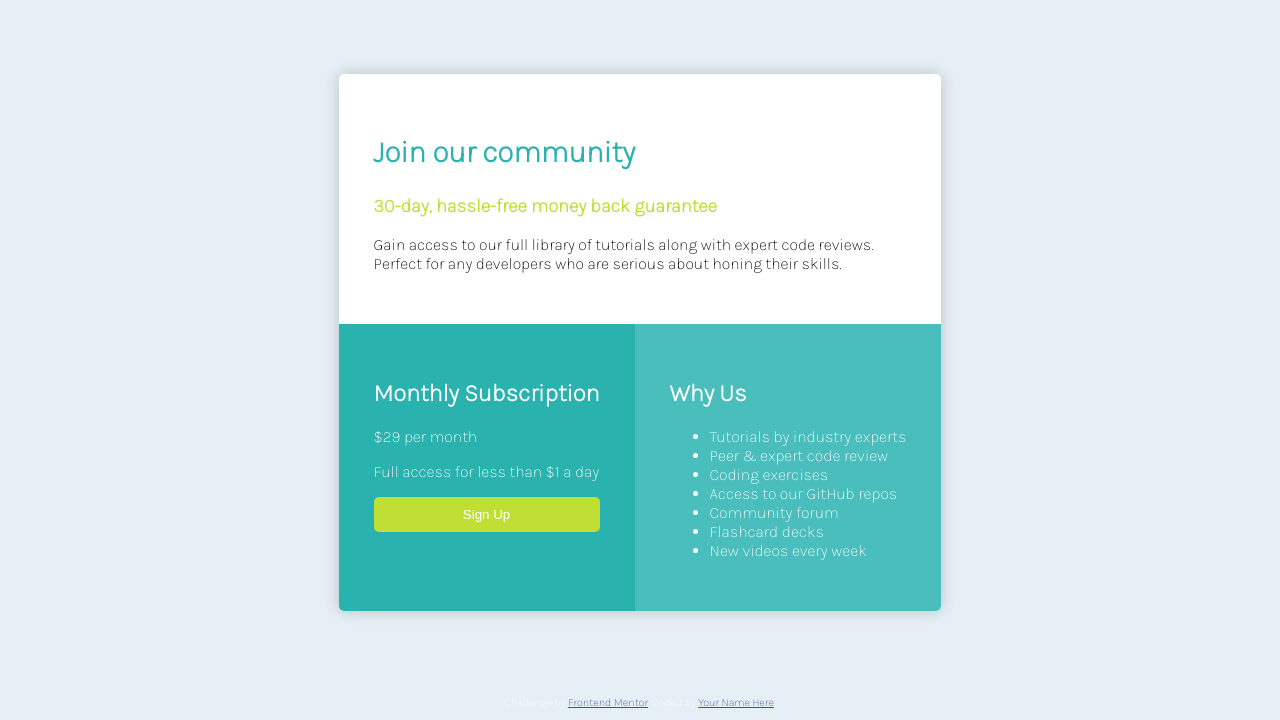
Repository: jminervino/PriceGridComponent
Page: index.html
An editor plug-in stored every save of this project. The page is shown before and after the next save, followed by the edit.
The browser window is 1280 px wide. The pictures show the whole page.

Above is the page before, as saved 2022-02-08 13:49:09.

After the next save:
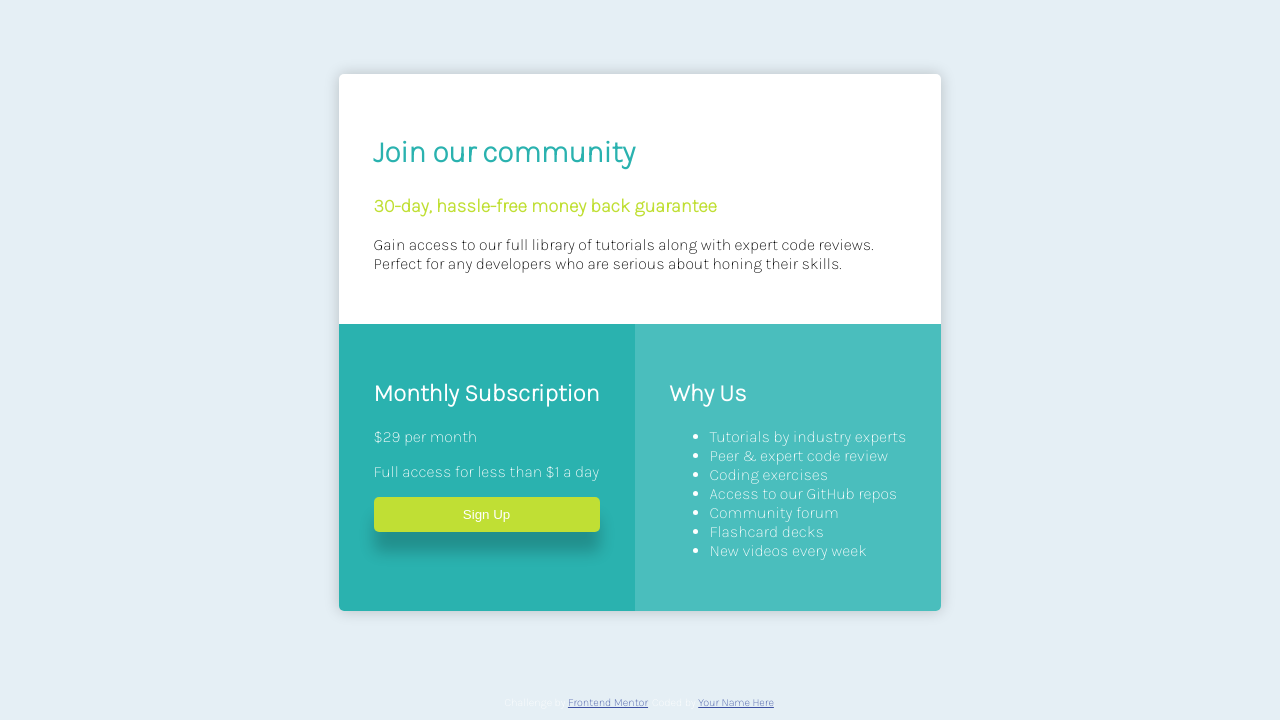
Saved 5 s later.
--- a/style.css
+++ b/style.css
@@ -39,7 +39,7 @@ button {
     border: none;
     width: 100%;
     padding: 10px;
-    box-shadow: 0px 200px 15px rgba(0, 0, 0, 0.2);
+    box-shadow: 0px 20px 15px rgba(0, 0, 0, 0.2);
 }
 
 p {
